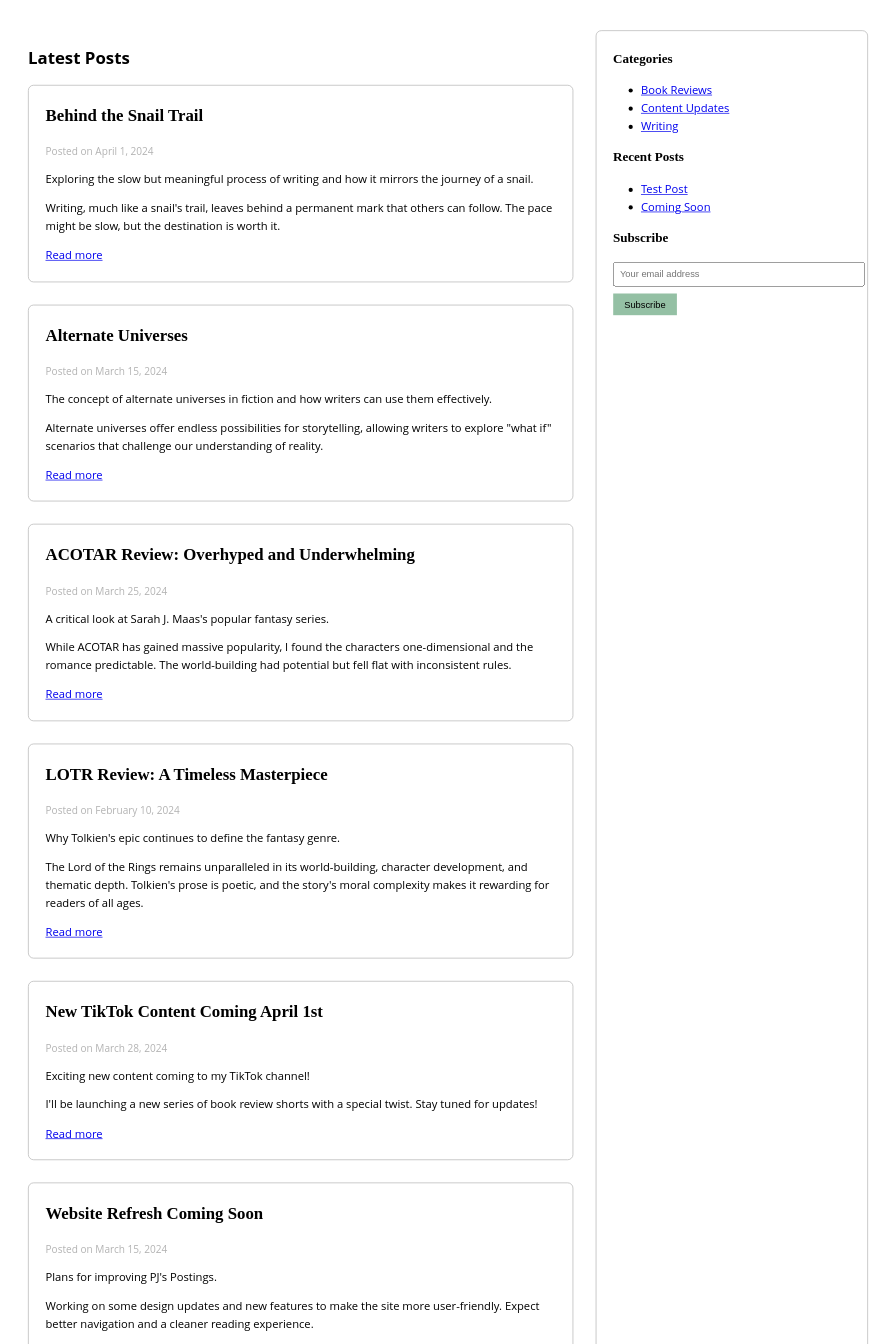
Repository: pjpatrick071/pjpatrick071.github.io
Page: index.html
These files come from the project's save history. The page is drawn as it stood at one moment and after the next save; the edit follows.
The browser window is 1280 px wide. The pictures show the part of the page from y = 835 to 2755 px (the page is 3701 px tall before and 1819 px after), at 70% of full size.
Some web fonts or font styles are not loaded; a fallback is used.

Above is the page before, as saved 2025-04-03 19:50:23.

### index.html
<!DOCTYPE html>
<html lang="en">
<head>
    <meta charset="UTF-8">
    <meta name="viewport" content="width=device-width, initial-scale=1.0">
    <title>PJ's Postings</title>

    <!-- Fonts -->
    <link href="https://fonts-api.wp.com/css?family=Playfair+Display:400,400i,700,700i|Open+Sans:400,400i,700,700i&subset=latin,latin-ext" rel="stylesheet">

    <!-- Font Awesome (for icons) -->
    <link href="https://cdnjs.cloudflare.com/ajax/libs/font-awesome/6.4.0/css/all.min.css" rel="stylesheet">

    <!-- Main Styles -->
    <style>
        :root {
            --soft-green: #94c0a4;
            --silver: #b3b3b3;
            --black: #000000;
            --white: #ffffff;
        }

        body {
            font-family: 'Open Sans', sans-serif;
            line-height: 1.6;
            margin: 0;
            padding: 0;
            background-color: var(--white);
            color: var(--black);
        }

        /* Header Styles */
        header {
            background-color: var(--soft-green);
            padding: 1rem 0;
            text-align: center;
            border-bottom: 1px solid var(--silver);
        }

        .logo {
            font-size: 2rem;
            font-weight: bold;
            margin: 0;
            color: var(--black);
            font-family: 'Playfair Display', serif;
        }

        /* Navigation */
        nav ul {
            padding: 0;
            list-style: none;
            display: flex;
            justify-content: center;
            gap: 1.5rem;
            margin: 1rem 0;
        }

        nav a {
            text-decoration: none;
            color: var(--black);
            font-weight: 500;
            transition: color 0.3s;
        }

        nav a:hover {
            color: var(--silver);
        }

        /* Hero Section */
        .hero {
            background-color: #f5f5f5;
            padding: 3rem 1rem;
            text-align: center;
            margin-bottom: 2rem;
        }

        .hero h2 {
            font-family: 'Playfair Display', serif;
            font-size: 2.5rem;
            margin-bottom: 1rem;
        }

        .hero p {
            max-width: 800px;
            margin: 0 auto 1.5rem;
            font-size: 1.1rem;
        }

        .cta-button {
            display: inline-block;
            background-color: var(--soft-green);
            color: var(--black);
            padding: 0.8rem 1.5rem;
            border-radius: 4px;
            text-decoration: none;
            font-weight: bold;
            transition: background-color 0.3s;
        }

        .cta-button:hover {
            background-color: #82ad90;
        }

        /* Features Section */
        .features {
            display: flex;
            justify-content: space-around;
            flex-wrap: wrap;
            gap: 2rem;
            padding: 2rem;
            max-width: 1200px;
            margin: 0 auto;
        }

        .feature-card {
            flex: 1;
            min-width: 250px;
            background-color: var(--white);
            border: 1px solid var(--silver);
            border-radius: 8px;
            padding: 1.5rem;
            text-align: center;
        }

        .feature-card i {
            font-size: 2rem;
            color: var(--soft-green);
            margin-bottom: 1rem;
        }

        .feature-card h3 {
            font-family: 'Playfair Display', serif;
            margin-top: 0;
        }

        /* Main Content */
        .container {
            max-width: 1200px;
            margin: 2rem auto;
            padding: 0 1rem;
            display: grid;
            grid-template-columns: 2fr 1fr;
            gap: 2rem;
        }

        /* Blog Posts */
        .blog-post {
            background-color: var(--white);
            border: 1px solid var(--silver);
            border-radius: 8px;
            padding: 1.5rem;
            margin-bottom: 2rem;
        }

        .post-title {
            color: var(--black);
            margin-top: 0;
            font-family: 'Playfair Display', serif;
        }

        .post-meta {
            color: var(--silver);
            font-size: 0.9rem;
            margin-bottom: 1rem;
        }

        /* Sidebar */
        .sidebar {
            background-color: var(--white);
            border: 1px solid var(--silver);
            border-radius: 8px;
            padding: 1.5rem;
        }

        .sidebar-title {
            margin-top: 0;
            color: var(--black);
            font-family: 'Playfair Display', serif;
        }

        /* Footer */
        footer {
            background-color: var(--soft-green);
            text-align: center;
            padding: 1rem 0;
            border-top: 1px solid var(--silver);
            margin-top: 2rem;
        }

        /* Social Icons */
        .social-links {
            display: flex;
            justify-content: center;
            gap: 1rem;
            margin: 1rem 0;
        }

        .social-links a {
            color: var(--black);
            font-size: 1.5rem;
            transition: transform 0.3s;
        }

        .social-links a:hover {
            transform: scale(1.2);
        }

        /* Responsive Design */
        @media (max-width: 768px) {
            .container {
                grid-template-columns: 1fr;
            }

            .features {
                flex-direction: column;
            }
        }
    </style>
</head>
<body>
    <!-- Header -->
    <header>
        <h1 class="logo">PJ's Postings</h1>
        <nav>
            <ul>
                <li><a href="index.html">Home</a></li>
                <li><a href="about.html">About</a></li>
                <li><a href="blog.html"> Blog Index</a></li>
                <li><a href="contact.html">Contact</a></li>
            </ul>
        </nav>

        <!-- Social Links -->
        <div class="social-links">
            <a href="https://www.tiktok.com/@p.j.patrick" target="_blank" rel="noopener noreferrer"><i class="fab fa-tiktok"></i></a>
            <a href="#" target="_blank" rel="noopener noreferrer"><i class="fab fa-instagram"></i></a>
        </div>
    </header>

    <!-- Hero Section -->
    <section class="hero">
        <h2>Welcome to PJ's Postings</h2>
        <p>A space for book reviews, Content updates, and creative writing. Join me as I explore stories and share my thoughts on literature and Content.</p>
        <a href="blog.html" class="cta-button">Explore the Blog</a>
    </section>

    <!-- Features Section -->
    <section class="features">
        <div class="feature-card">
            <i class="fas fa-book-open"></i>
            <h3>Book Reviews</h3>
            <p>Honest reviews of the latest books I've read across various genres.</p>
        </div>
        <div class="feature-card">
            <i class="fas fa-pen-fancy"></i>
            <h3>Creative Writing</h3>
            <p>Original short stories, poems, and writing exercises.</p>
        </div>
        <div class="feature-card">
            <i class="fas fa-coffee"></i>
            <h3>Content Updates</h3>
            <p>Personal reflections and updates from my daily Content.</p>
        </div>
    </section>

    <!-- Main Content -->
    <div class="container">
        <!-- Blog Posts Section -->
        <main>
            <h2>Latest Posts</h2>
            <div id="recent-posts-container">
            <article class="blog-post">
                <h2 class="post-title">Behind the Snail Trail</h2>
                <p class="post-meta">Posted on April 1, 2024</p>
                <div class="entry-content">
                    <p>Exploring the slow but meaningful process of writing and how it mirrors the journey of a snail.</p>
                    <p>Writing, much like a snail's trail, leaves behind a permanent mark that others can follow. The pace might be slow, but the destination is worth it.</p>
                    <a href="posts/snail-trail.html">Read more</a>
                </div>
            </article>
            <article class="blog-post">
                <h2 class="post-title">Alternate Universes</h2>
                <p class="post-meta">Posted on March 15, 2024</p>
                <div class="entry-content">
                    <p>The concept of alternate universes in fiction and how writers can use them effectively.</p>
                    <p>Alternate universes offer endless possibilities for storytelling, allowing writers to explore "what if" scenarios that challenge our understanding of reality.</p>
                    <a href="posts/alternate-universes.html">Read more</a>
                </div>
            </article>
            <article class="blog-post">
                <h2 class="post-title">ACOTAR Review: Overhyped and Underwhelming</h2>
                <p class="post-meta">Posted on March 25, 2024</p>
                <div class="entry-content">
                    <p>A critical look at Sarah J. Maas's popular fantasy series.</p>
                    <p>While ACOTAR has gained massive popularity, I found the characters one-dimensional and the romance predictable. The world-building had potential but fell flat with inconsistent rules.</p>
                    <a href="posts/acotar-review.html">Read more</a>
                </div>
            </article>
            <article class="blog-post">
                <h2 class="post-title">LOTR Review: A Timeless Masterpiece</h2>
                <p class="post-meta">Posted on February 10, 2024</p>
                <div class="entry-content">
                    <p>Why Tolkien's epic continues to define the fantasy genre.</p>
                    <p>The Lord of the Rings remains unparalleled in its world-building, character development, and thematic depth. Tolkien's prose is poetic, and the story's moral complexity makes it rewarding for readers of all ages.</p>
                    <a href="posts/lotr-review.html">Read more</a>
                </div>
            </article>
            <article class="blog-post">
                <h2 class="post-title">New TikTok Content Coming April 1st</h2>
                <p class="post-meta">Posted on March 28, 2024</p>
                <div class="entry-content">
                    <p>Exciting new content coming to my TikTok channel!</p>
                    <p>I'll be launching a new series of book review shorts with a special twist. Stay tuned for updates!</p>
                    <a href="posts/new-tiktok.html">Read more</a>
                </div>
            </article>
            <article class="blog-post">
                <h2 class="post-title">Website Refresh Coming Soon</h2>
                <p class="post-meta">Posted on March 15, 2024</p>
                <div class="entry-content">
                    <p>Plans for improving PJ's Postings.</p>
                    <p>Working on some design updates and new features to make the site more user-friendly. Expect better navigation and a cleaner reading experience.</p>
                    <a href="posts/website-updates.html">Read more</a>
                </div>
            </article>
            </div>
            <!-- Additional posts can be added by duplicating the article element -->
        </main>

        <!-- Sidebar -->
        <aside class="sidebar">
            <h3 class="sidebar-title">Categories</h3>
            <ul>
                <li><a href="blog.html#book-reviews">Book Reviews</a></li>
                <li><a href="blog.html#content-updates">Content Updates</a></li>
                <li><a href="blog.html#writing">Writing</a></li>
            </ul>

            <h3 class="sidebar-title">Recent Posts</h3>
            <ul>
                <li><a href="blog.html#test-post">Test Post</a></li>
                <li><a href="blog.html#coming-soon">Coming Soon</a></li>
            </ul>

            <!-- Email Subscription Form -->
            <h3 class="sidebar-title">Subscribe</h3>
            <form action="#" method="post">
                <input type="email" name="email" placeholder="Your email address" style="width: 100%; padding: 8px; margin-bottom: 10px;">
                <button type="submit" style="background: var(--soft-green); border: none; padding: 8px 16px; cursor: pointer;">Subscribe</button>
            </form>
        </aside>
    </div>

    <!-- Footer -->
    <footer>
        <p>&copy; <script>document.write(new Date().getFullYear());</script> PJ's Postings. All rights reserved.</p>
    </footer>

    <!-- JavaScript for dynamic elements -->
    <script>
        // Simple script to handle mobile menu toggle
        document.addEventListener('DOMContentLoaded', function() {
            // You can add interactive functionality here
            console.log('Blog loaded successfully!');
        });
    </script>
    <script>
        document.addEventListener('DOMContentLoaded', function() {
            // List of all your blog posts in reverse chronological order
            const allPosts = [
                {
                    title: "New TikTok Content Coming April 1st",
                    date: "2024-03-28",
                    url: "posts/new-tiktok.html",
                    excerpt: "Exciting new content coming to my TikTok channel!"
                },
                {
                    title: "ACOTAR Review: Overhyped and Underwhelming",
                    date: "2024-03-25",
                    url: "posts/acotar-review.html",
                    excerpt: "A critical look at Sarah J. Maas's popular fantasy series."
                },
                {
                    title: "Alternate Universes",
                    date: "2024-03-15",
                    url: "posts/alternate-universes.html",
                    excerpt: "The concept of alternate universes in fiction and how writers can use them effectively."
                },
                {
                    title: "Website Refresh Coming Soon",
                    date: "2024-03-15",
                    url: "posts/website-updates.html",
                    excerpt: "Plans for improving PJ's Postings."
                },
                {
                    title: "LOTR Review: A Timeless Masterpiece",
                    date: "2024-02-10",
                    url: "posts/lotr-review.html",
                    excerpt: "Why Tolkien's epic continues to define the fantasy genre."
                },
                {
                    title: "Behind the Snail Trail",
                    date: "2024-04-01",
                    url: "posts/snail-trail.html",
                    excerpt: "Exploring the slow but meaningful process of writing."
                }
            ];

            // Sort posts by date (newest first)
            allPosts.sort((a, b) => new Date(b.date) - new Date(a.date));

            // Get only the most recent posts (e.g., 3)
            const recentPosts = allPosts.slice(0, 3);

            // Display them
            const container = document.getElementById('recent-posts-container');

            recentPosts.forEach(post => {
                const postElement = document.createElement('article');
                postElement.className = 'blog-post';
                postElement.innerHTML = `
                    <h2 class="post-title">${post.title}</h2>
                    <p class="post-meta">Posted on ${formatDate(post.date)}</p>
                    <div class="entry-content">
                        <p>${post.excerpt}</p>
                        <a href="${post.url}">Read more</a>
                    </div>
                `;
                container.appendChild(postElement);
            });

            function formatDate(dateString) {
                const options = { year: 'numeric', month: 'long', day: 'numeric' };
                return new Date(dateString).toLocaleDateString('en-US', options);
            }
        });
        </script>
</body>
</html>

After the next save:
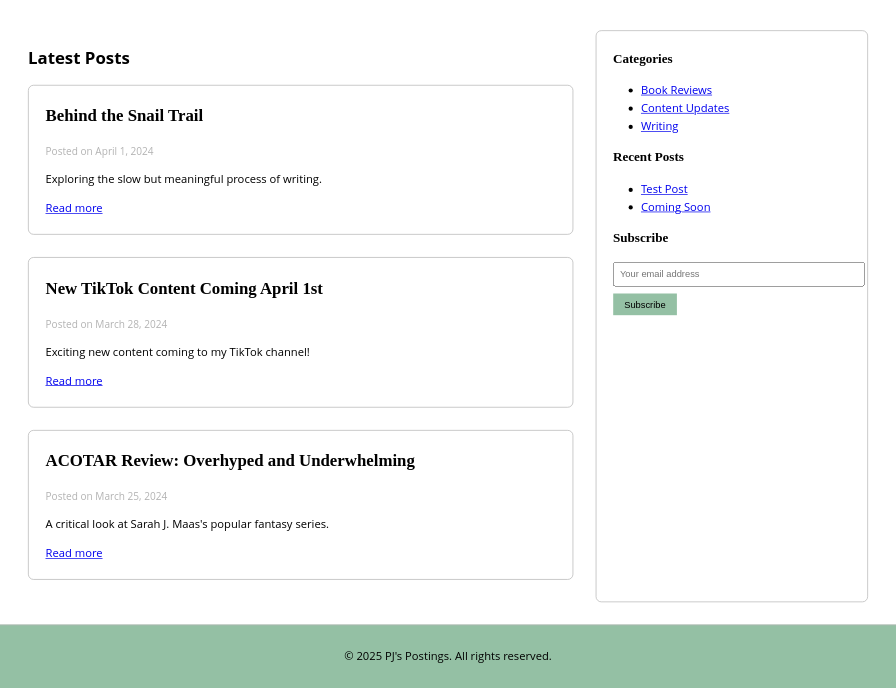
Saved 2 min 59 s later.
--- a/index.html
+++ b/index.html
@@ -269,60 +269,7 @@
         <main>
             <h2>Latest Posts</h2>
             <div id="recent-posts-container">
-            <article class="blog-post">
-                <h2 class="post-title">Behind the Snail Trail</h2>
-                <p class="post-meta">Posted on April 1, 2024</p>
-                <div class="entry-content">
-                    <p>Exploring the slow but meaningful process of writing and how it mirrors the journey of a snail.</p>
-                    <p>Writing, much like a snail's trail, leaves behind a permanent mark that others can follow. The pace might be slow, but the destination is worth it.</p>
-                    <a href="posts/snail-trail.html">Read more</a>
-                </div>
-            </article>
-            <article class="blog-post">
-                <h2 class="post-title">Alternate Universes</h2>
-                <p class="post-meta">Posted on March 15, 2024</p>
-                <div class="entry-content">
-                    <p>The concept of alternate universes in fiction and how writers can use them effectively.</p>
-                    <p>Alternate universes offer endless possibilities for storytelling, allowing writers to explore "what if" scenarios that challenge our understanding of reality.</p>
-                    <a href="posts/alternate-universes.html">Read more</a>
-                </div>
-            </article>
-            <article class="blog-post">
-                <h2 class="post-title">ACOTAR Review: Overhyped and Underwhelming</h2>
-                <p class="post-meta">Posted on March 25, 2024</p>
-                <div class="entry-content">
-                    <p>A critical look at Sarah J. Maas's popular fantasy series.</p>
-                    <p>While ACOTAR has gained massive popularity, I found the characters one-dimensional and the romance predictable. The world-building had potential but fell flat with inconsistent rules.</p>
-                    <a href="posts/acotar-review.html">Read more</a>
-                </div>
-            </article>
-            <article class="blog-post">
-                <h2 class="post-title">LOTR Review: A Timeless Masterpiece</h2>
-                <p class="post-meta">Posted on February 10, 2024</p>
-                <div class="entry-content">
-                    <p>Why Tolkien's epic continues to define the fantasy genre.</p>
-                    <p>The Lord of the Rings remains unparalleled in its world-building, character development, and thematic depth. Tolkien's prose is poetic, and the story's moral complexity makes it rewarding for readers of all ages.</p>
-                    <a href="posts/lotr-review.html">Read more</a>
-                </div>
-            </article>
-            <article class="blog-post">
-                <h2 class="post-title">New TikTok Content Coming April 1st</h2>
-                <p class="post-meta">Posted on March 28, 2024</p>
-                <div class="entry-content">
-                    <p>Exciting new content coming to my TikTok channel!</p>
-                    <p>I'll be launching a new series of book review shorts with a special twist. Stay tuned for updates!</p>
-                    <a href="posts/new-tiktok.html">Read more</a>
-                </div>
-            </article>
-            <article class="blog-post">
-                <h2 class="post-title">Website Refresh Coming Soon</h2>
-                <p class="post-meta">Posted on March 15, 2024</p>
-                <div class="entry-content">
-                    <p>Plans for improving PJ's Postings.</p>
-                    <p>Working on some design updates and new features to make the site more user-friendly. Expect better navigation and a cleaner reading experience.</p>
-                    <a href="posts/website-updates.html">Read more</a>
-                </div>
-            </article>
+
             </div>
             <!-- Additional posts can be added by duplicating the article element -->
         </main>
